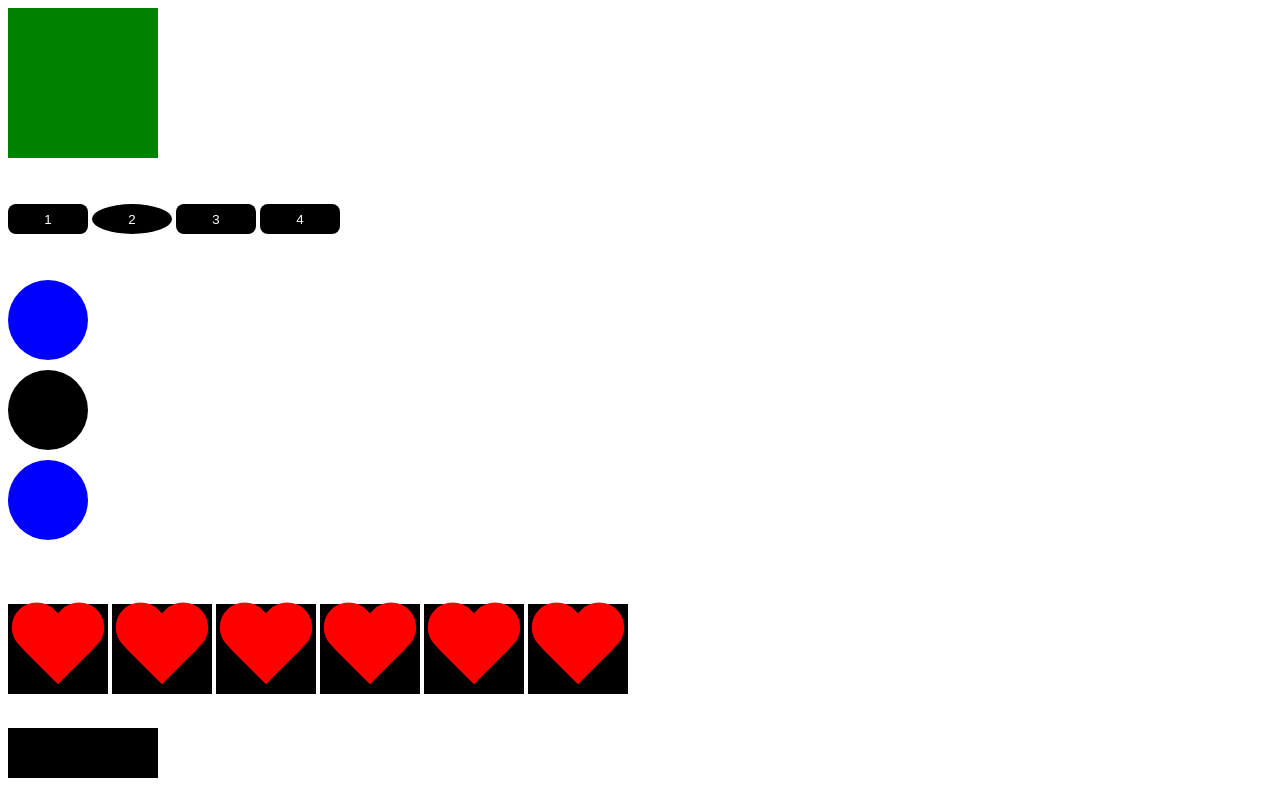
Repository: ivan151/jsudemy
Page: index.html
An editor plug-in stored every save of this project. The page is shown before and after the next save, followed by the edit.
The browser window is 1280 px wide. The pictures show the whole page.

Above is the page before, as saved 2020-05-02 10:17:53.

### index.html
<!DOCTYPE html>
<html lang="en">
<head>
    <meta charset="UTF-8">
    <meta name="viewport" content="width=device-width, initial-scale=1.0">
    <title>Document</title>
    <link rel="stylesheet" href="original.css">
</head>
<body>
    <div class = 'box' id = 'box'></div>
    <br><br>
    <button>1</button>
    <button>2</button>
    <button>3</button>
    <button>4</button>
    <br>
    <br>
    <br>
    <div class="circle"></div>
    <div class="circle"></div>
    <div class="circle"></div>
    <br>
    <br>
    <br>
    <div class="wrapper">
        <div class="heart"></div>
        <div class="heart"></div>
        <div class="heart"></div>
        <div class="heart"></div>
        <div class="heart"></div>
        <div class="heart"></div>
    </div>

    <div class="div" class = 'box'></div>
    <script src="script.js"></script>
</body>
</html>

### original.css
.box {
  width: 150px;
  height: 150px;
  /* background-color: red; */
}
button {
	width: 80px;
	height: 30px;
	margin-top: 10px;
	border: none;
	border-radius: 8px;
	background-color: #000;
	color: #fff;
	cursor: pointer;
	outline: none;
}

.circle {
	width: 80px;
	height: 80px;
	background-color: blue;
	display: block;
	margin-top: 10px;
	border-radius: 100%;
}

.heart {
	display: inline-block;
    position: relative;
    width: 100px;
    height: 90px;
    margin-top: 10px;
}
.heart:before,
.heart:after {
    position: absolute;
    content: "";
    left: 50px;
    top: 0;
    width: 50px;
    height: 80px;
    background: red;
    -moz-border-radius: 50px 50px 0 0;
    border-radius: 50px 50px 0 0;
    -webkit-transform: rotate(-45deg);
       -moz-transform: rotate(-45deg);
        -ms-transform: rotate(-45deg);
         -o-transform: rotate(-45deg);
            transform: rotate(-45deg);
    -webkit-transform-origin: 0 100%;
       -moz-transform-origin: 0 100%;
        -ms-transform-origin: 0 100%;
         -o-transform-origin: 0 100%;
            transform-origin: 0 100%;
}
.heart:after {
    left: 0;
    -webkit-transform: rotate(45deg);
       -moz-transform: rotate(45deg);
        -ms-transform: rotate(45deg);
         -o-transform: rotate(45deg);
            transform: rotate(45deg);
    -webkit-transform-origin: 100% 100%;
       -moz-transform-origin: 100% 100%;
        -ms-transform-origin: 100% 100%;
         -o-transform-origin: 100% 100%;
            transform-origin :100% 100%;
}
.black{
	width: 150px;
	height: 50px;
	line-height: 50px;
	text-align: center;
	background-color: black;
	margin-bottom: 30px;
	margin-top: 30px;
	color: #fff;
}

### script.js
let box = document.getElementById('box'), // by id
    btn = document.getElementsByTagName('button'), // by tag
    circle = document.getElementsByClassName('circle'), //by class
    heart = document.querySelectorAll('.heart'), //all elements
    oneHeart = document.querySelector('.heart'), //first element
    wrapper = document.querySelector('.wrapper');

box.style.backgroundColor = 'green';
btn[1].style.borderRadius = '100%';

circle[1].style.backgroundColor = 'black';

for (let i = 0; i < heart.length; i++) {
    heart[i].style.backgroundColor = 'blue';
}

heart.forEach(function (item, i, hearts) {
    item.style.backgroundColor = 'black';

});

let div = document.createElement('div'),
    text = document.createTextNode('Here was me');



div.classList.add('black');
wrapper.appendChild(div);

After the next save:
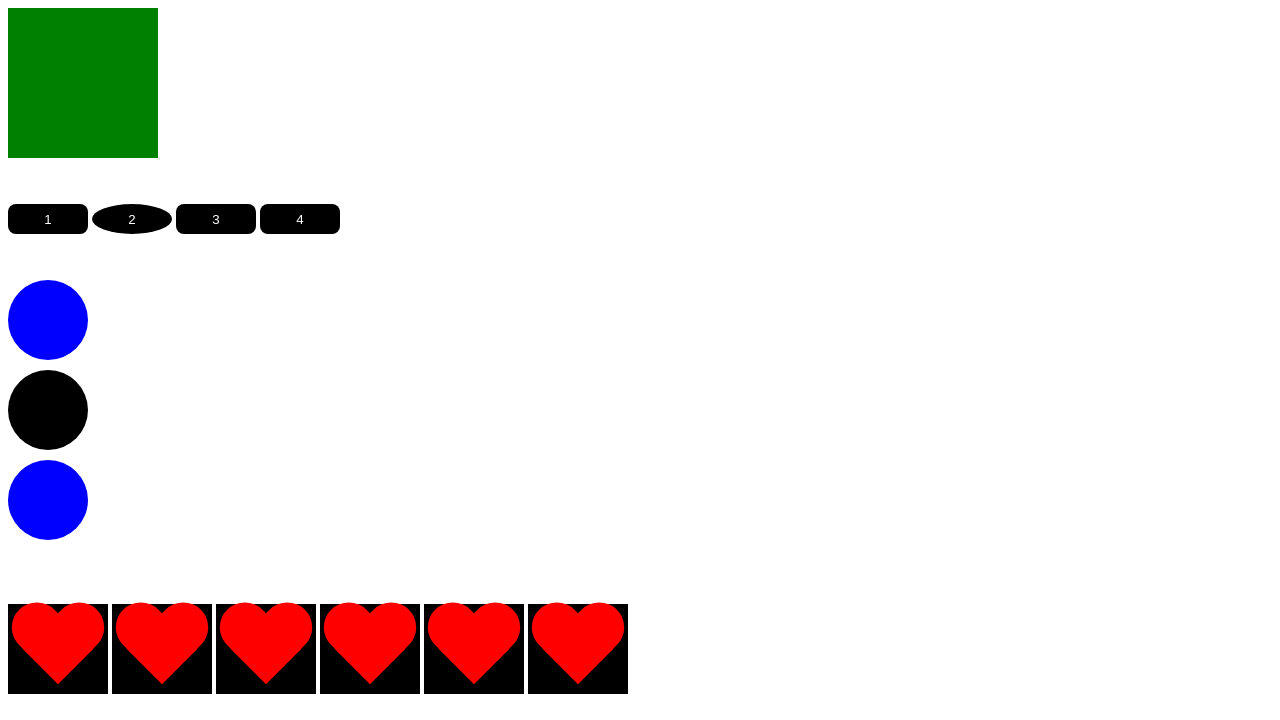
Console error (its wording comes from the project's code and is left out).
Saved 92 s later.
--- a/script.js
+++ b/script.js
@@ -25,4 +25,6 @@
 
 
 div.classList.add('black');
-wrapper.appendChild(div);
+//wrapper.appendChild(div);
+
+document.body.insertBefore(div, heart[1]);

After the save that followed:
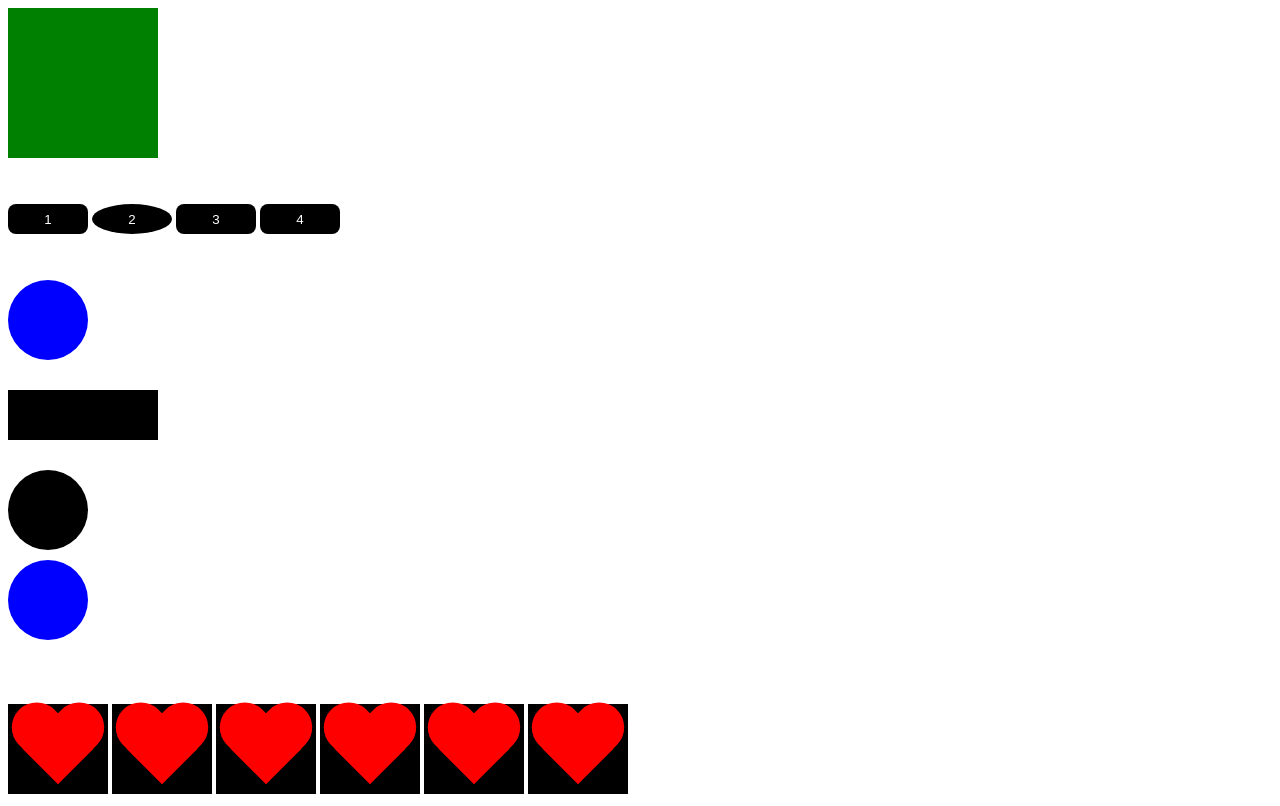
The error is gone.
Saved 75 s later.
--- a/script.js
+++ b/script.js
@@ -27,4 +27,4 @@
 div.classList.add('black');
 //wrapper.appendChild(div);
 
-document.body.insertBefore(div, heart[1]);
+document.body.insertBefore(div, circle[1]);
